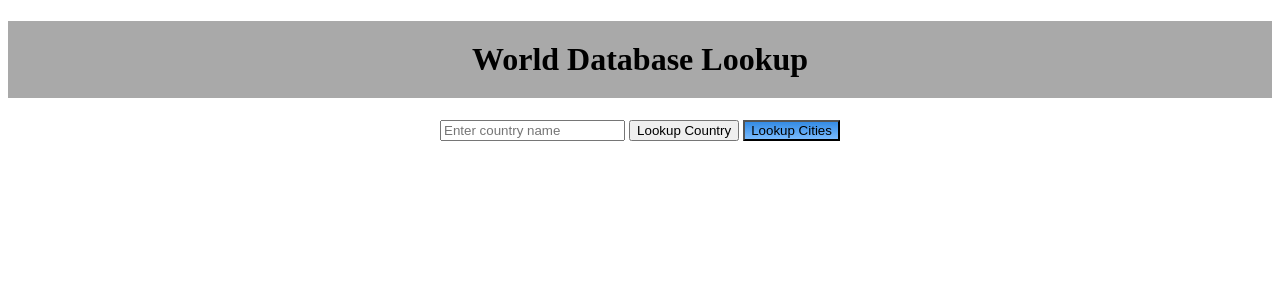
Repository: RomarioBennett/info2180-lab7
Page: index.html
The author's editor kept a record of every edit. The page is drawn from the files as they stood at one moment, then again after the next edit.
The browser window is 1280 px wide. The pictures show the whole page.
The pointer rests on the first visible `.lookupcB`.

Above is the page before.

### index.html
<!DOCTYPE html>
<html>
	<head >
        <meta charset="utf-8">
		<title>World Database Lookup</title>

		<!-- you can modify this as needed or to your preference -->
		<link href="world.css" type="text/css" rel="stylesheet" />

		<!-- you write this -->
		<script src="world.js" type="text/javascript"></script>
	</head>

	<body>
		<header>
			<h1 class = "header">World Database Lookup</h1>
		</header>

		<main>
			<div id="controls" class = "bar">
				<label for="country" ></label>
				<input  id="country" type="search" name="country"  placeholder="Enter country name" />
				<button id="lookup" class ="lookupB">Lookup Country</button>
				<button id="lookupc" class= "lookupcB">Lookup Cities</button>
			</div>

			<div id="result">
				<!-- countries will appear here -->
			</div>

			<div id = "result1">
				<!--cities go here-->
			</div>
		</main>

	</body>
</html>

### world.css
/* Add your own styles */

.table1 {
  border: 1px solid #1C6EA4;
  background-color: #EEEEEE;
  width: 100%;
  text-align: left;
  border-collapse: collapse;
}

.table1 thead {
  background: #1C6EA4;
  background: -moz-linear-gradient(top, #5592bb 0%, #327cad 66%, #1C6EA4 100%);
  background: -webkit-linear-gradient(top, #5592bb 0%, #327cad 66%, #1C6EA4 100%);
  background: linear-gradient(to bottom, #5592bb 0%, #327cad 66%, #1C6EA4 100%);
  border-bottom: 2px solid #444444;
}
.table1 thead th {
  font-size: 15px;
  font-weight: bold;
  color: #FFFFFF;
  border-left: 2px solid #D0E4F5;
}
.table1 tr:nth-child(even) {
  background: #D0E4F5;
}


.header {
  background-color: #A9A9A9;
  padding: 20px;
  text-align: center;
}


.bar{
    text-align:center;
}

#main {
	width: 780px;

	margin: auto;
}






.table2 {
  border: 1px solid 	#4B0082;
  background-color: #EEEEEE;
  width: 100%;
  text-align: left;
  border-collapse: collapse;
}

.table2 thead {
  background: 	#8B008B;
  background: -moz-linear-gradient(top, #5592bb 0%, #327cad 66%, #1C6EA4 100%);
  background: -webkit-linear-gradient(top, #5592bb 0%, #327cad 66%, #1C6EA4 100%);
  background: linear-gradient(to bottom, #5592bb 0%, #327cad 66%, #1C6EA4 100%);
  border-bottom: 2px solid #444444;
}
.table2 thead th {
  font-size: 15px;
  font-weight: bold;
  color: #FFFFFF;
  border-left: 2px solid #8B008B;
}
.table2 tr:nth-child(even) {
  background: #DDA0DD;
}


.header {
  background-color: #A9A9A9;
  padding: 20px;
  text-align: center;
}


.bar{
    text-align:center;
}

#main {
	width: 780px;

	margin: auto;
}


.lookupc {
	box-shadow: 3px 4px 0px 0px #1564ad;
	background:linear-gradient(to bottom, #79bbff 5%, #378de5 100%);
	background-color:#79bbff;
	border-radius:5px;
	border:1px solid #337bc4;
	display:inline-block;
	cursor:pointer;
	color:#ffffff;
	font-family:Arial;
	font-size:17px;
	font-weight:bold;
	padding:12px 44px;
	text-decoration:none;
	text-shadow:0px 1px 0px #528ecc;
}
.lookupcB:hover {
	background:linear-gradient(to bottom, #378de5 5%, #79bbff 100%);
	background-color:#378de5;
}
.lookupcB:active {
	position:relative;
	top:1px;
}

### world.js
window.onload = function(){


    var xmlHttp;
    var xmlHttp1;
    var lookupBttn = document.getElementById("lookup");
    var lookupcBttn = document.getElementById("lookupc");
    var Result = document.getElementById("result");


    lookupBttn.addEventListener('click',function(e){
        e.preventDefault();



        var country = document.getElementById("country").value;

         //Create request object
        xmlHttp  = new XMLHttpRequest();

        url = 'world.php?country='+ country;
        //url = 'index.php?search=' + search;

        //Receive a request

        xmlHttp.onreadystatechange = Request;
        xmlHttp.open('GET', url);
        //xmlHttp.setRequestHeader('Content-Type', 'application/x-www-form-urlencoded');
        xmlHttp.send();

    });




    function Request(){
        if((xmlHttp.readyState === XMLHttpRequest.DONE) && (xmlHttp.status === 200))
        {

            //Output response
           //var response = xmlHttp.responseText;
           //alert(response);
           Result.innerHTML = xmlHttp.responseText;
        }

    }



     lookupcBttn.addEventListener('click',function(f){
        f.preventDefault();



        var country = document.getElementById("country").value;

         //Create request object
        xmlHttp1  = new XMLHttpRequest();

        //url =  'world.php?country='+country+'&context=cities';
        url = 'world.php?country='+country+'&context='+country;
        //url = 'world.php?comtext='+ city;
        //url = 'index.php?search=' + search;

        //Receive a request

        xmlHttp1.onreadystatechange = Request2;
        xmlHttp1.open('GET', url);
        //xmlHttp.setRequestHeader('Content-Type', 'application/x-www-form-urlencoded');
        xmlHttp1.send();

    });

     function Request2(){
        if((xmlHttp1.readyState === XMLHttpRequest.DONE) && (xmlHttp1.status === 200))
        {

            //Output response
           //var response = xmlHttp.responseText;
           //alert(response);
           Result.innerHTML = xmlHttp1.responseText;
        }

    }


};

After the next edit:
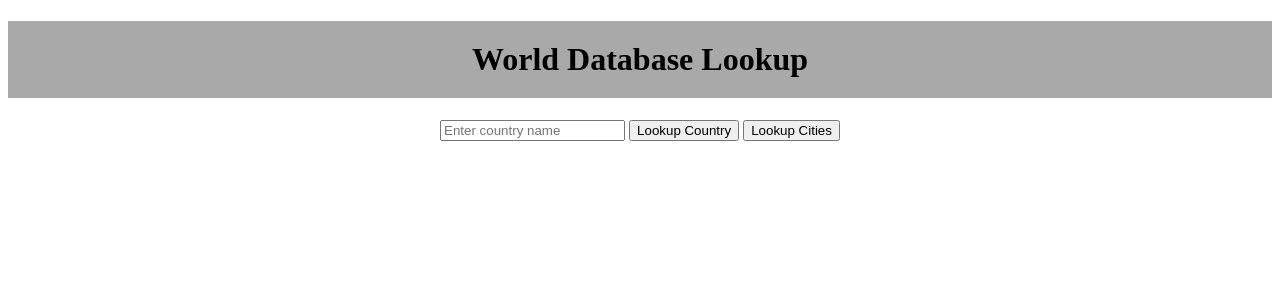
The edit:
--- a/world.css
+++ b/world.css
@@ -108,7 +108,7 @@
 	text-decoration:none;
 	text-shadow:0px 1px 0px #528ecc;
 }
-.lookupcB:hover {
+.lookupc:hover {
 	background:linear-gradient(to bottom, #378de5 5%, #79bbff 100%);
 	background-color:#378de5;
 }
